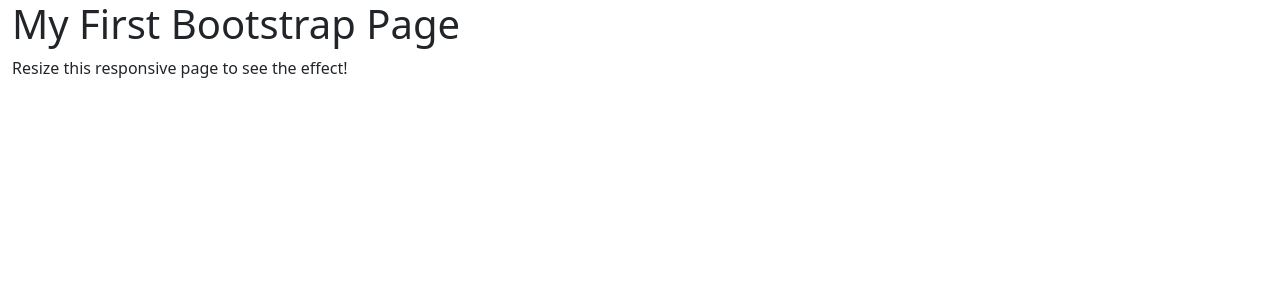
Repository: seoyeon0619/WebProgramming
Page: workspace1/myhome2/src/main/webapp/디자인/board.html
The author's editor kept a copy of each file at every save. The page is drawn from the files as they stood at one save, then again after the next save.
The browser window is 1280 px wide. The pictures show the whole page.

Above is the page before, as saved 2022-12-30 00:32:14.

### workspace1/myhome2/src/main/webapp/디자인/board.html
<!DOCTYPE html>
<html lang="en">
<head>
  <title>Bootstrap 5 Example</title>
  <meta charset="utf-8">
  <meta name="viewport" content="width=device-width, initial-scale=1">
  <link href="https://cdn.jsdelivr.net/npm/bootstrap@5.2.3/dist/css/bootstrap.min.css" rel="stylesheet">
  <script src="https://cdn.jsdelivr.net/npm/bootstrap@5.2.3/dist/js/bootstrap.bundle.min.js"></script>
</head>
<body>

<div class="container-fluid">
  <h1>My First Bootstrap Page</h1>
  <p>Resize this responsive page to see the effect!</p>
</div>


</body>
</html>

After the next save:
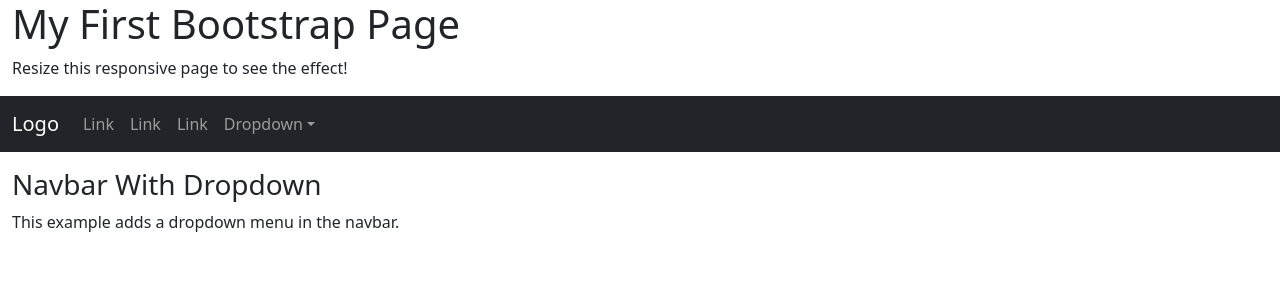
Saved 2 min 22 s later.
--- a/workspace1/myhome2/src/main/webapp/디자인/board.html
+++ b/workspace1/myhome2/src/main/webapp/디자인/board.html
@@ -14,6 +14,42 @@
   <p>Resize this responsive page to see the effect!</p>
 </div>
 
+<!-- 메뉴 -->
+<nav class="navbar navbar-expand-sm bg-dark navbar-dark">
+  <div class="container-fluid">
+    <a class="navbar-brand" href="#">Logo</a>
+    <button class="navbar-toggler" type="button" data-bs-toggle="collapse" data-bs-target="#collapsibleNavbar">
+      <span class="navbar-toggler-icon"></span>
+    </button>
+    <div class="collapse navbar-collapse" id="collapsibleNavbar">
+      <ul class="navbar-nav">
+        <li class="nav-item">
+          <a class="nav-link" href="#">Link</a>
+        </li>
+        <li class="nav-item">
+          <a class="nav-link" href="#">Link</a>
+        </li>
+        <li class="nav-item">
+          <a class="nav-link" href="#">Link</a>
+        </li>
+        <li class="nav-item dropdown">
+          <a class="nav-link dropdown-toggle" href="#" role="button" data-bs-toggle="dropdown">Dropdown</a>
+          <ul class="dropdown-menu">
+            <li><a class="dropdown-item" href="#">Link</a></li>
+            <li><a class="dropdown-item" href="#">Another link</a></li>
+            <li><a class="dropdown-item" href="#">A third link</a></li>
+          </ul>
+        </li>
+      </ul>
+    </div>
+  </div>
+</nav>
+
+<div class="container-fluid mt-3">
+  <h3>Navbar With Dropdown</h3>
+  <p>This example adds a dropdown menu in the navbar.</p>
+</div>
+
 
 </body>
 </html>
